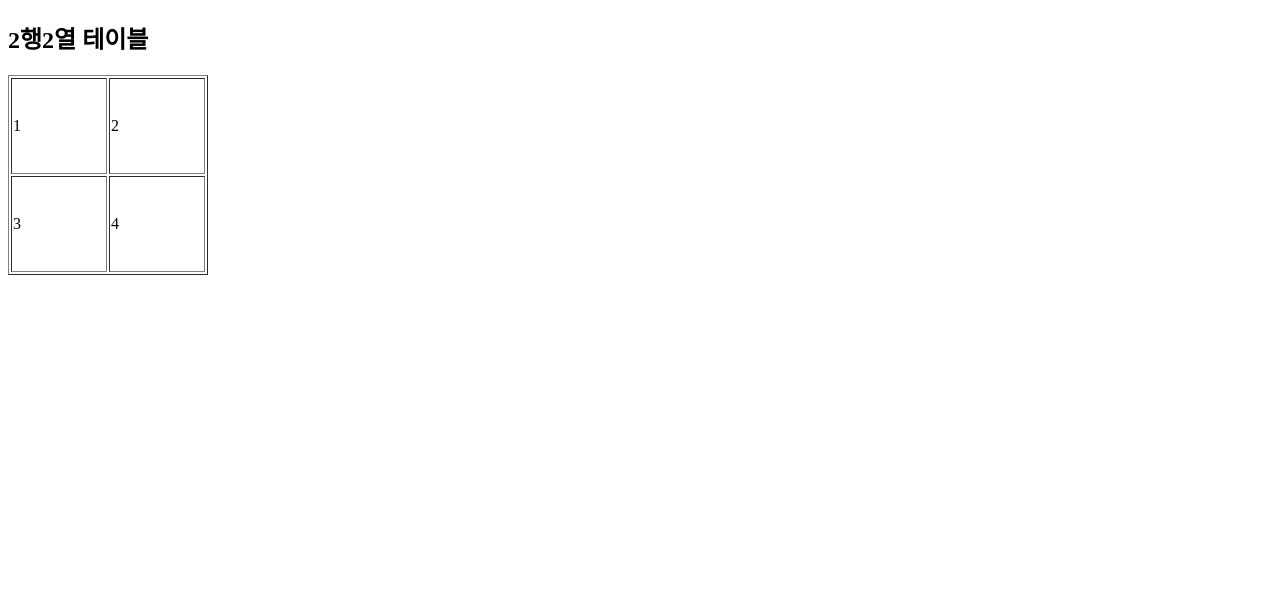
Repository: Hwang-97/HhwDesktop
Page: client/ClientTest/src/main/webapp/html/ex14_table.html
These files come from the project's save history. The page is drawn as it stood at one moment and after the next save; the edit follows.
The browser window is 1280 px wide. The pictures show the whole page.

Above is the page before, as saved 2021-12-10 05:23:25.

After the next save:
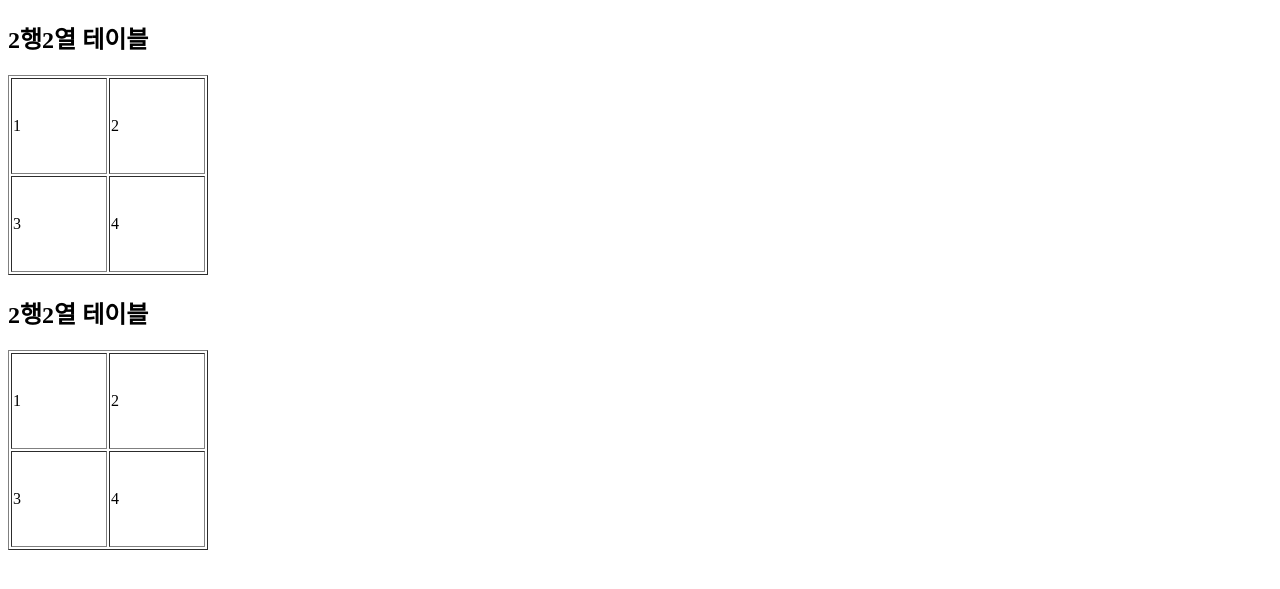
Saved 2 min 17 s later.
--- a/client/ClientTest/src/main/webapp/html/ex14_table.html
+++ b/client/ClientTest/src/main/webapp/html/ex14_table.html
@@ -16,5 +16,17 @@
 			<td>4</td>
 		</tr>
 	</table>
+
+<h2>2행2열 테이블</h2>
+	<table BORDER="1" width="200" height="200">
+		<tr>
+			<td>1</td>
+			<td>2</td>
+		</tr>
+		<tr>
+			<td>3</td>
+			<td>4</td>
+		</tr>
+	</table>
 </body>
 </html>
